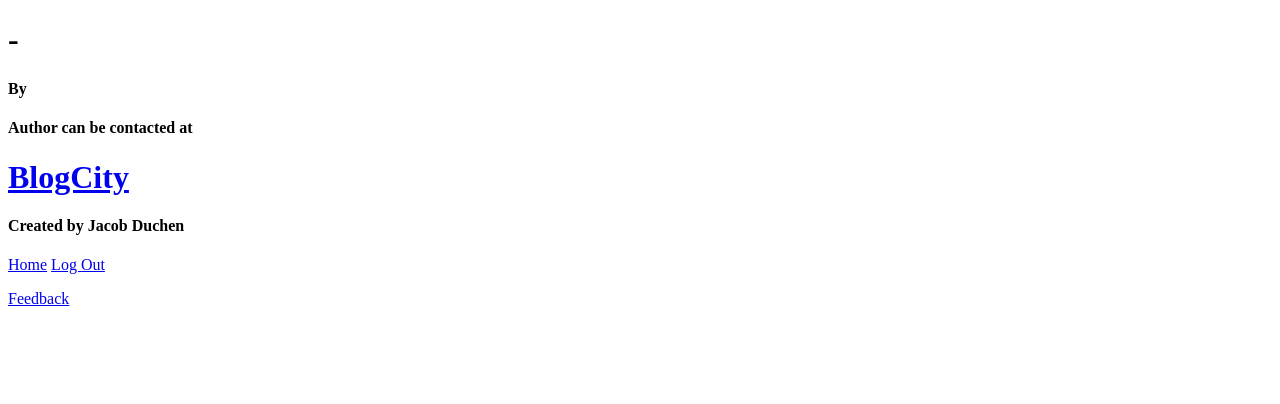
Repository: fatcatdog/springBlog
Page: http://localhost/blog/WEB-INF/jsp/blog.jsp
These files come from the project's save history. The page is drawn as it stood at one moment and after the next save; the edit follows.
The browser window is 1280 px wide. The pictures show the whole page.
The page is served by Tomcat 9. Nobody is signed in. Other server files are loaded and not shown. The template is opened directly, without the code that normally fills it, so the values that code supplies are empty.

Above is the page before, as saved 2018-09-15 01:17:23.

### blog/src/main/webapp/WEB-INF/jsp/blog.jsp
<!DOCTYPE html>

<%@ taglib prefix="spring" uri="http://www.springframework.org/tags"%>
<%@ taglib prefix="c" uri="http://java.sun.com/jsp/jstl/core"%>

<html lang="en">

<body>

<h1>${title} - ${tempUpvoteCount}</h1>
<h4>By ${authorName}</h4>

<p>${content}</p>

<h4>Author can be contacted at ${authorEmail}</h4>

</body>
<%@ include file="components/footer.jsp" %>

</html>

### blog/src/main/webapp/WEB-INF/jsp/components/header.jsp
<div class="header-title">
<h1><a href="/home" style="color:white">BlogCity</a></h1>
</div>

Loaded but not shown: blog/src/main/webapp/WEB-INF/jsp/components/footer.jsp (common file)

After the next save:
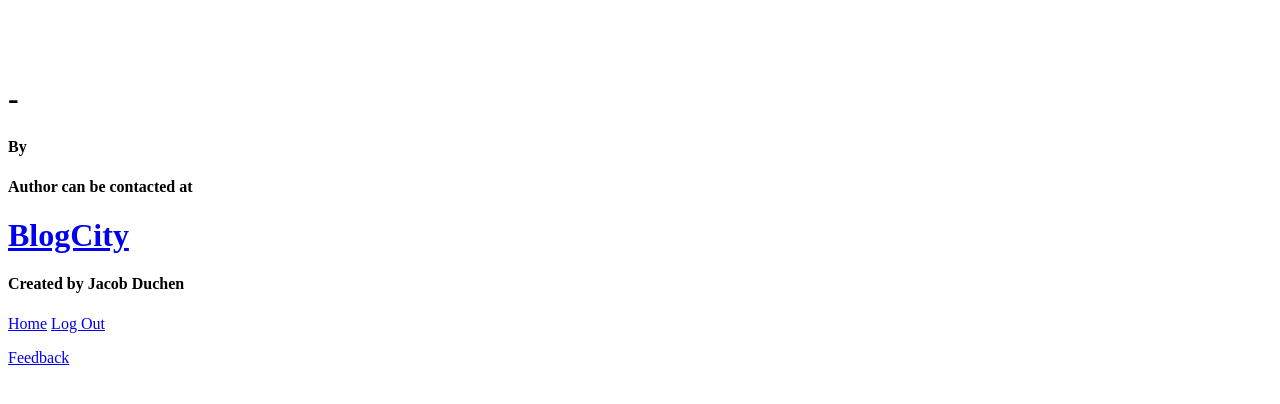
Saved 17 s later.
--- a/blog/src/main/webapp/WEB-INF/jsp/blog.jsp
+++ b/blog/src/main/webapp/WEB-INF/jsp/blog.jsp
@@ -4,6 +4,7 @@
 <%@ taglib prefix="c" uri="http://java.sun.com/jsp/jstl/core"%>
 
 <html lang="en">
+<%@ include file="components/header.jsp" %>
 
 <body>
 
